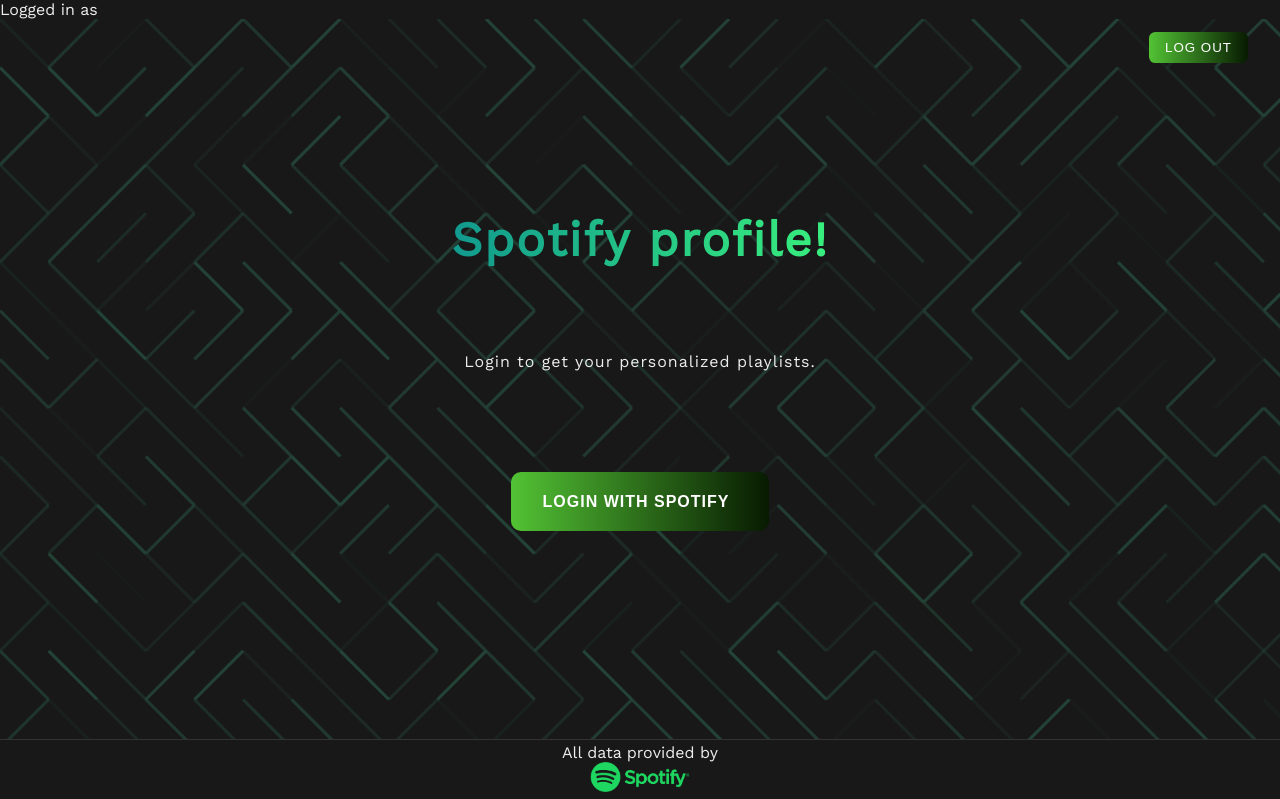
Repository: kirpister/Spotify-profile
Page: /
The author's editor kept a copy of each file at every save. The page is drawn from the files as they stood at one save, then again after the next save.
The browser window is 1280 px wide. The pictures show the whole page.
The project was rebuilt for these pictures with package versions that can differ from the ones it lists, and the page was loaded fresh each time.

Above is the page before, as saved 2023-03-08 10:49:33.

### public/index.html
<!DOCTYPE html>
<html lang="en">
  <head>
    <meta charset="utf-8" />
    <link rel="icon" href="%PUBLIC_URL%/favicon.ico" />
    <meta name="viewport" content="width=device-width, initial-scale=1" />
    <meta name="theme-color" content="#000000" />
    <meta
      name="description"
      content="Web site created using create-react-app"
    />

    <title>Own Spotify App</title>
  </head>
  <body>
    <noscript>You need to enable JavaScript to run this app.</noscript>
    <div id="root"></div>
  </body>
</html>

### src/index.tsx
import ReactDOM from "react-dom/client";
import "./index.css";
import App from "./App";
const root = ReactDOM.createRoot(
  document.getElementById("root") as HTMLElement
);
root.render(<App />);

### src/index.css
@import url('https://fonts.googleapis.com/css2?family=Work+Sans&display=swap');

* {
  margin: 0;
  padding: 0;
  overscroll-behavior: none;
  box-sizing: border-box;
}

body {
  background: #181818;
  color: rgb(237, 237, 237);
  font-family: 'Work Sans', sans-serif;
}

h2 {
  letter-spacing: 2px;
  font-size: 3rem;
  background: linear-gradient(to right, #11998e, #38ef7d);
  -webkit-background-clip: text;
  -webkit-text-fill-color: transparent;
  background-clip: text;
  color: transparent;
}

h3 {
  font-size: 1.5rem;
  margin-bottom: 3rem;
  margin-left: 1rem;
  letter-spacing: 2px;
}

h4 {
  text-align: center;
}

p {
  display: inline-block;
}

li p {
  font-size: 1.2rem;
}

li {
  list-style: decimal;
  font-size: 1.3rem;
}

footer {
  border-top: 1px solid #333;
  padding: .2rem;
  text-align: center;
}

footer img {
  width: 100px;
  height: auto;
}

/* BUTTONS */

button p {
  font-weight: bold;
  font-family: Arial, Helvetica, sans-serif;
  margin-right: .5rem;
  font-size: 1rem;
}

button {
  background-image: linear-gradient(to right, #52c234 0%, #061700  51%, #52c234  100%);
  margin: 1rem;
  padding: 1rem 2rem;
  text-transform: uppercase;
  transition: 0.5s;
  background-size: 200% auto;
  color: white;
  border-radius: 10px;
  border: none;
  font-family: 'Rubik', sans-serif;
  letter-spacing: 1px;
}

button:hover {
  background-position: right center; /* change the direction of the change here */
  color: #fff;
  text-decoration: none;
}

.log-out button {
    position: absolute;
    top: 1rem;
    right: 1rem;
    border-radius: .4rem;
    padding: .5rem 1rem .5rem 1rem;
    border: none;
    background-color: transparent;
    letter-spacing: 1px;
    color: white;
}

### src/App.tsx
import Footer from "./Footer";
import Spotify from "./Spotify";

const App = () => {

  return (
    <div className="App">
      <Spotify />
      <Footer />
    </div>
  );
};

export default App;

### src/Footer.tsx
import React from 'react';
import SpotifyLogo from './assets/Spotify_Logo.png';

const Footer: React.FC = () => {
    return (
        <footer>
           <p>All data provided by</p>
           <a href="https://www.spotify.com/fi/signup" target="_blank" rel="noreferrer"><div className='logo-box'><img src={SpotifyLogo} alt="SpotifyLogo" /></div></a>
        </footer>
    );
};

export default Footer;

### src/Spotify.tsx
import React, { useState, useEffect } from "react";
import queryString from "query-string";
import axios from "axios";

import "./App.css";

const scopes = [
  "user-read-playback-state",
  "user-library-read",
  "user-top-read",
];

interface User {
  id: string;
  display_name: string;
  email: string;
  images: { url: string }[];
}

interface Artist {
  id: string;
  name: string;
  images: { url: string }[];
}

interface Track {
  id: string;
  name: string;
  album: { images: { url: string }[] };
  artists: { name: string }[];
}

interface CurrentTrack {
  item: {
    name: string;
    artists: { name: string }[];
  };
}

const Spotify: React.FC = () => {
  const [token, setToken] = useState<string>("");
  const [userData, setUserData] = useState<User>();
  const [currentTrack, setCurrentTrack] = useState<CurrentTrack | null>(null);
  const [artists, setArtists] = useState<Artist[]>([]);
  const [tracks, setTracks] = useState<Track[]>([]);

  // AUTH

  const handleLogin = () => {
    const redirectToSpotify = `https://accounts.spotify.com/authorize?client_id=${
      process.env.REACT_APP_CLIENT_ID
    }&redirect_uri=${process.env.REACT_APP_REDIRECT_URI}&scope=${scopes.join(
      "%20"
    )}&response_type=token`;
    window.location.href = redirectToSpotify;
  };

  useEffect(() => {
    const token = queryString.parse(window.location.hash).access_token;
    if (token) {
      setToken(token as string);
    }
    window.location.hash = "";
  }, []);

  // API CALLS

  useEffect(() => {
    if (!token) return;

    const getUserData = async () => {
      const response = await axios.get<User>("https://api.spotify.com/v1/me", {
        headers: { Authorization: `Bearer ${token}` },
      });
      setUserData(response.data);
    };

    const getCurrentTrack = async () => {
      const response = await axios.get<CurrentTrack>(
        "https://api.spotify.com/v1/me/player/currently-playing",
        {
          headers: {
            Authorization: `Bearer ${token}`,
          },
        }
      );
      setCurrentTrack(response.data);
    };

    const getTopTracks = async () => {
      const response = await axios.get<{ items: Track[] }>(
        "https://api.spotify.com/v1/me/top/tracks?time_range=medium_term&limit=5",
        {
          headers: {
            Authorization: `Bearer ${token}`,
          },
        }
      );
      setTracks(response.data.items);
    };

    const getTopArtists = async () => {
      const response = await axios.get<{ items: Artist[] }>(
        "https://api.spotify.com/v1/me/top/artists?time_range=medium_term&limit=5",
        {
          headers: {
            Authorization: `Bearer ${token}`,
          },
        }
      );
      setArtists(response.data.items);
    };

    getCurrentTrack();
    getTopTracks();
    getTopArtists();
    getUserData();
  }, [token]);

  console.log(userData);

  return (
    <>
      <div className="wrapper">
        <header>
          <div className="log-out">
            <p>
              Logged in as <a href="/">{userData?.display_name}</a>
            </p>
            <a href="https://accounts.spotify.com/fi/status">
              <button>Log Out</button>
            </a>
          </div>
        </header>
        {token ? (
          <div className="wrapper">
            <div className="header-img">
              <h2 className="heading">
                Hello, <span>{userData?.display_name}</span>
              </h2>
            </div>
            {currentTrack ? (
              <div className="current-track">
                <p>
                  Now playing:{" "}
                  <span>
                    {currentTrack.item.name} by{" "}
                    {currentTrack.item.artists[0].name}
                  </span>
                </p>
              </div>
            ) : (
              <h4>Loading current track...</h4>
            )}
            <div className="top-div">
              <div className="top-artists">
                <h3>Top Artists</h3>
                {artists.map((artist) => (
                  <div className="list-div" key={artist.id}>
                    <img src={artist.images[0].url} alt={artist.name} />
                    <p>{artist.name}</p>
                  </div>
                ))}
              </div>

              <div className="top-tracks">
                <h3>Top Tracks</h3>
                {tracks.map((track) => (
                  <div className="list-div" key={track.id}>
                    <img src={track.album.images[0].url} alt={track.name} />
                    <p>{track.artists[0].name} -</p>
                    <span>{track.name}</span>
                  </div>
                ))}
              </div>
            </div>
          </div>
        ) : (
          // MAIN PAGE BEFORE AUTH

          <div className="intro">
            <h2>Spotify profile!</h2>
            <p className="intro-text">
              Login to get your personalized playlists.
            </p>
            <button onClick={handleLogin}>
              <p>Login with Spotify</p>
            </button>
          </div>
        )}
      </div>
    </>
  );
};

export default Spotify;

### src/App.css
  /* CURRENT TRACK */

.header-img {
  background-image: url(./assets/nnneon.svg);
  height: 35vh;
  background-repeat: no-repeat;
  background-position: center;
  display: flex;
  justify-content: center;
  align-items: center;
}

.heading {
  filter: drop-shadow(2px 1px 2px rgb(32, 32, 32));
  text-align: center;
}

.current-track {
  text-align: center;
  border: 1px solid rgb(118, 255, 118);
  border-radius: .5rem;
  width: fit-content;
  padding: .3rem 1.2rem .3rem 1.2rem;
  margin: 0 auto;
}

.current-track p {
  font-weight: bold;
}

.current-track span {
  color: rgb(118, 255, 118);
  font-weight: normal;
}


/* LANDING PAGE */

.intro {
  background-image: url(./assets/ttten.svg);
  background-size: cover;
  height: 100vh;
  display: flex;
  flex-direction: column;
  justify-content: center;
  align-items: center;
}

.intro-text {
  width: 40vw;
  margin: 5rem;
}

.intro p {
  letter-spacing: 1px;
  line-height: 1.7;
  text-align: center;
}

/* TOP ARTISTS */

.artist {
  font-weight: bold;
}

.top-artists {
  display: flex;
  flex-direction: column;
}

.top-artists img {
  width: 60px;
  height: 60px;
  margin: -5px;
  margin-left: .1rem;
  border-radius: 50%;
}

/* TOP TRACKS */

.top-tracks img {
  width: 60px;
  height: auto;
  margin-top: .5rem;
}

.top-tracks span {
  margin-left: .5rem;
}

/* TRACKS & ARTISTS */

.top-div {
  margin: 5rem;
  display: flex;
  justify-content: space-around;
}

.list-div {
  display: flex;
  align-items: center;
  margin: 1rem;
}

.top-tracks p {
  margin-left: 1rem;
}

.top-artists p {
  margin-left: 2rem;
}

.top-artists,
.top-tracks {
  /* border: 1px solid #1db9548a; */
  border-radius: 1rem;
  background-color: #25252587;
  width: 45vw;
  padding: 1.5rem;
  margin: 1rem;
}


/* MOBILE */

@media screen and (max-width: 600px) {


  .intro h2 {
    font-size: 2rem;
    text-align: center;
  }

  .top-div {
    display: flex;
    flex-direction: column;
    justify-content: center;
    align-items: center;

  }

  .top-artists,
  .top-tracks,
  .list-div {
    width: 95vw;
    padding: 0;
  }

  .top-div p, span {
    font-size: .7rem;
  }

  .top-div img {
    width: 50px;
    height: 50px;
  }

  h3 {
    text-align: center;
  }

  .top-artists p {
    padding-left: 1rem;
  }

  .current-track p, span {
    font-size: 0.7rem;
  }
}

After the next save:
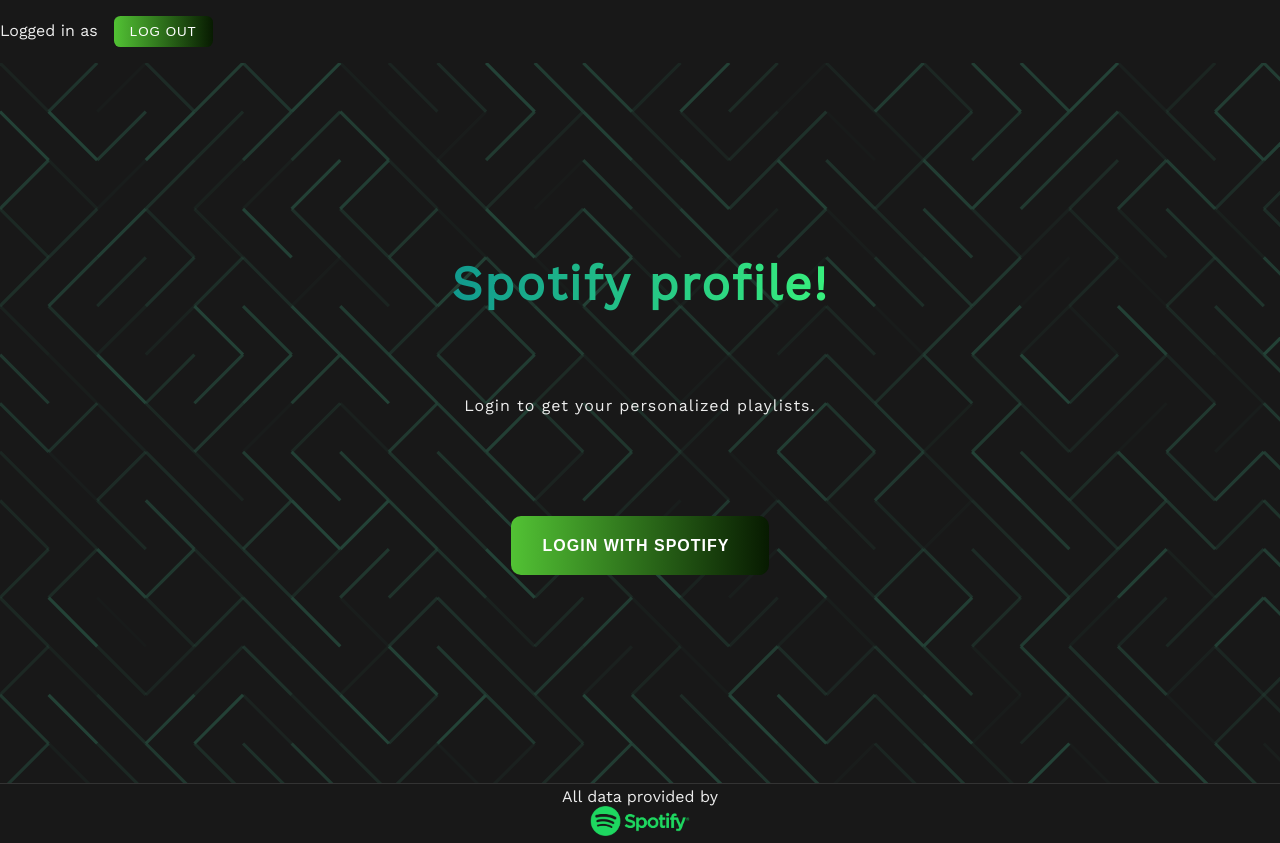
Saved 33 s later.
--- a/src/index.css
+++ b/src/index.css
@@ -1,4 +1,4 @@
-@import url('https://fonts.googleapis.com/css2?family=Work+Sans&display=swap');
+@import url("https://fonts.googleapis.com/css2?family=Work+Sans&display=swap");
 
 * {
   margin: 0;
@@ -10,7 +10,7 @@
 body {
   background: #181818;
   color: rgb(237, 237, 237);
-  font-family: 'Work Sans', sans-serif;
+  font-family: "Work Sans", sans-serif;
 }
 
 h2 {
@@ -49,7 +49,7 @@
 
 footer {
   border-top: 1px solid #333;
-  padding: .2rem;
+  padding: 0.2rem;
   text-align: center;
 }
 
@@ -63,12 +63,17 @@
 button p {
   font-weight: bold;
   font-family: Arial, Helvetica, sans-serif;
-  margin-right: .5rem;
+  margin-right: 0.5rem;
   font-size: 1rem;
 }
 
 button {
-  background-image: linear-gradient(to right, #52c234 0%, #061700  51%, #52c234  100%);
+  background-image: linear-gradient(
+    to right,
+    #52c234 0%,
+    #061700 51%,
+    #52c234 100%
+  );
   margin: 1rem;
   padding: 1rem 2rem;
   text-transform: uppercase;
@@ -77,7 +82,7 @@
   color: white;
   border-radius: 10px;
   border: none;
-  font-family: 'Rubik', sans-serif;
+  font-family: "Rubik", sans-serif;
   letter-spacing: 1px;
 }
 
@@ -88,13 +93,10 @@
 }
 
 .log-out button {
-    position: absolute;
-    top: 1rem;
-    right: 1rem;
-    border-radius: .4rem;
-    padding: .5rem 1rem .5rem 1rem;
-    border: none;
-    background-color: transparent;
-    letter-spacing: 1px;
-    color: white;
+  border-radius: 0.4rem;
+  padding: 0.5rem 1rem 0.5rem 1rem;
+  border: none;
+  background-color: transparent;
+  letter-spacing: 1px;
+  color: white;
 }
